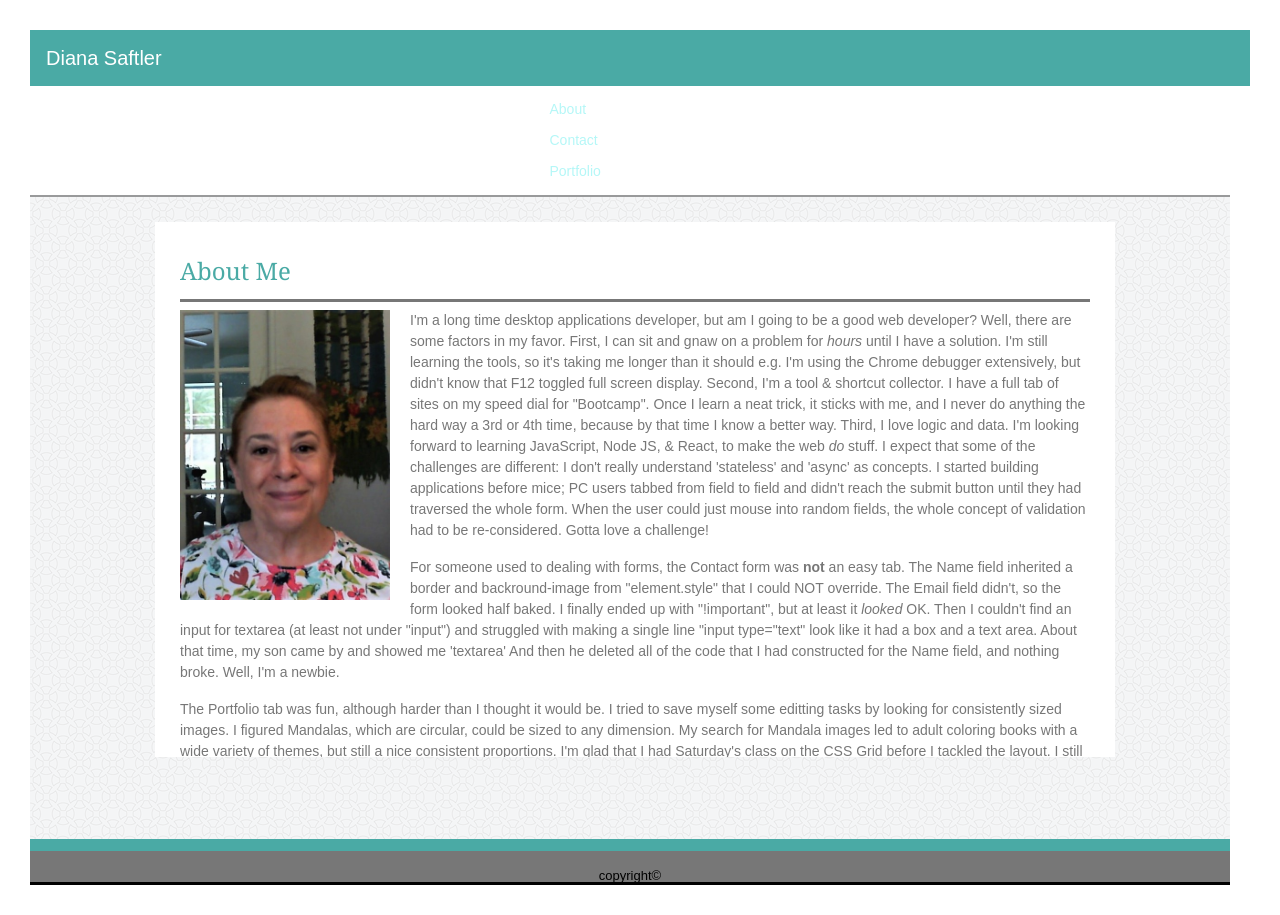
Repository: dsaftler/Bootstrap-Portfolio
Page: index.html
The author's editor kept a copy of each file at every save. The page is drawn from the files as they stood at one save, then again after the next save.
The browser window is 1280 px wide. The pictures show the whole page.
An inner scrolling area shows only its first screen.

Above is the page before, as saved 2019-03-20 18:07:36.

### index.html
<!DOCTYPE html>
<html lang="en">
<head>
    <title>Diana Saftler Portfolio</title>
    <meta name="viewport" content="width=device-width, initial-scale=1, shrink-to-fit=no">
    <link rel="stylesheet" href="https://maxcdn.bootstrapcdn.com/bootstrap/4.0.0/css/bootstrap.min.css" integrity="sha384-Gn5384xqQ1aoWXA+058RXPxPg6fy4IWvTNh0E263XmFcJlSAwiGgFAW/dAiS6JXm" crossorigin="anonymous">
    <link rel="stylesheet" href="assets/css/style.css">
    <link rel="icon" href="assets/images/Peony.jpg" type="image/jpg" sizes="16x16">
    <meta charset="UTD-8">
</head>
<body>

  <nav class="navbar navbar-expand-lg" style="background-color: #4aaaa5; color:rgb(181, 247, 247)">
    <a class="navbar-brand" style="color: white" href="#">Diana Saftler</a></nav>
    <div class="navbar navbar-nav mr-auto">
      <ul class="nav navbar-nav">
        <li><a style="color: rgb(181, 247, 247)" href="index.html">About</a></li>
        <li><a style="color: rgb(181, 247, 247)"  href="contact.html">Contact</a></li>
        <li><a style="color: rgb(181, 247, 247)"  href="portfolio.html">Portfolio</a></li>
      </ul>
    </div>




        <!-- <ul>
            <li><a href="index.html">About</a></li>
            <li><a href="contact.html">Contact</a></li>
            <li><a href="portfolio.html">Portfolio</a></li>
        </ul> -->

    <div class="bg-pattern">
        <div class="center-panel">
                <h2>About Me</h2>
            <img class="image_about" src="assets/images/photo.jpg" alt="in my office">
            <p>I'm a long time desktop applications developer, but am I going to be a good web developer?  Well, there are some factors in my favor.  First, I can sit and gnaw on a problem for <em>hours</em> until I have a solution.  I'm still learning the tools, so it's taking me longer than it should e.g. I'm using the Chrome debugger extensively, but didn't know that F12 toggled full screen display. Second, I'm a tool & shortcut collector.  I have a full tab of sites on my speed dial for "Bootcamp".  Once I learn a neat trick, it sticks with me, and I never do anything the hard way a 3rd or 4th time, because by that time I know a better way.  Third, I love logic and data.  I'm looking forward to learning JavaScript, Node JS, & React, to make the web <em>do</em> stuff.  I expect that some of the challenges are different: I don't really understand 'stateless' and 'async' as concepts.  I started building applications before mice;  PC users tabbed from field to field and didn't reach the submit button until they had traversed the whole form.  When the user could just mouse into random fields, the whole concept of validation had to be re-considered. Gotta love a challenge!
            </p>
            <p>For someone used to dealing with forms, the Contact form was <strong>not</strong> an easy tab. The Name field inherited a border and backround-image from "element.style" that I could NOT override. The Email field didn't, so the form looked half baked.  I finally ended up with "!important", but at least it <em>looked</em> OK.  Then I couldn't find an input for textarea (at least not under "input") and struggled with making a single line "input type="text" look like it had a box and a text area.  About that time, my son came by and showed me 'textarea'  And then he deleted all of the code that I had constructed for the Name field, and nothing broke. Well, I'm a newbie. </p>
            <p>The Portfolio tab was fun, although harder than I thought it would be.  I tried to save myself some editting tasks by looking for consistently sized images.  I figured Mandalas, which are circular, could be sized to any dimension.  My search for Mandala images led to adult coloring books with a wide variety of themes, but still a nice consistent proportions. I'm glad that I had Saturday's class on the CSS Grid before I tackled the layout.  I still had trouble getting the images to wrap left, but once I got that solved  with 2 images, it was easy to do them all without even needing rows.  I also added hover, 'tool tips', and links to the full sized images.  Print some out and spend some time with your crayolas!</p>


        </div>
    </div>
    <footer>copyright&copy</footer>
</body>
</html>

### Assets/CSS/style.css
* {
    box-sizing: border-box;
}

body {
    font-size: 14px;
    font-family: Arial, "Helvetica Neue", Helvetica, sans-serif;
    background-color: #ffffff;
    padding: 30px;
    color:  #777777;

}
header{
    left: 80px;
    background-color: #ffffff;
    height: 25px;
    width: 1200px;
}
footer {
    color: black;
    font-size: small;
    text-align: center;
    padding: 15px;
    clear: both;
    background-color: #777777;
    height: 40px;
    width: 1200px;
    border-style: solid;
    border-top-color: #4aaaa5;
    border-top-width: 6px;
    border-left-width: 0;
    border-right-width: 0;
}
p {
    padding: 0 0 10 0;
}

.bg-pattern {
    clear: both;
  /* margin-top: 40px; */
  padding: 50px;
  padding-top: 5px;
  /* background-color: #b1f3f3;  */
  height: 650px;
  width: 1200px;

  background-image: url("../images/circles-light.png");
  border-style: solid;
  border-top-color: #999a9b;
  border-top-width: 2px;
  border-left-width: 0;
  border-right-width: 0;
  border-bottom-color: #4aaaa5;
  border-bottom-width: 6px;

}

.center-panel {
    clear: both;
    display: inline-block;
    /* position: absolute; */
    top: 150px;
    right: 0;
    bottom: 0;
    left: 0;
    margin-left: 75px;
    margin-top: 20px;
    width: 960px;
    height: 535px;
    background-color: #ffffff;
    padding: 25px;
    overflow: auto;
    z-index: 1;

}

ul {
    list-style-type: none;
    margin: 0;
    padding: 0;
}

li a {
    display: block;
    width: 60 px;
}



ul {
    list-style-type: none;
    margin: 0;
    padding: 0;
    float: right;
    width: 175px;
}

li { display: inline-block; }

li a {
    color: #777777;
    text-decoration: none;
    padding: 5px;
}

li a:hover {
    background-color: #4aaaa5;
    color: white;

}
h1, h2 {font-family: Georgia, Times, "Times New Roman", serif;}
h1 {
    float: left;
    box-shadow: 10px 0px 0px 0px #4aaaa5, -10px 0px 0px 0px #4aaaa5;

    height: 65px;
    /* width: 200px; */

    top: 0;
    margin: 0;
    margin-left: 135px;

    background-color: #4aaaa5;
    color: white;
    font-size: 30px;
    text-align: center;
    padding: 10px 0;
    /* padding: 10px; */
}

h2 {
    font-size: 24px;
    margin-top: 10px;
    color: #4aaaa5;
    padding-bottom: 13px;
    border-bottom: 3px solid #777777;
}
h4 { margin: 3px}


.image_about {
    float: left;
    padding-right: 20px;
    padding-bottom: 20px;
    width: 230px;
    height: 310px;
}

input[type="text"] {
    width : 450px;
    margin: 0;
    padding: 2px;
    padding-left: 10px;
    -webkit-box-sizing: border-box; /* For legacy WebKit based browsers */
       -moz-box-sizing: border-box; /* For legacy (Firefox <29) Gecko based browsers */
            box-sizing: border-box;
}

.textbox {
    border:1px solid  #777777;
    padding: 10px;
    width: 650;
    height: 175px;
    font-size: 13.33px;
    font-family: Arial, Helvetica, sans-serif;
}
.submit {
    display: block;
    width: 60px;
    height: 29px;
    background-color: #4aaaa5;
    color: #ffffff;
    font-weight: bold;
}
.portfolio {
    max-width:100%;
    max-height: 100%
   }
.content {
    padding: 6px;
    float: left;
}

.row {
    margin: 0;
    height: 225px;
}
.row,
.row > .column {
    padding: 5 px;
}
.col {
   float:left;
    height: 225px;
     width: 25%;
     margin: 0;
}
.row:after {
    content: "";
    display: table;
    clear: both;
}
.gallery {
    border: 2px solid #4aaaa5;
    padding: 10px;
    height: 200px;
    width: 200px;
}
.gallery:hover {
    border-color: #06faee;
}
.box {
    height:150px;
    border: solid;
    border-width: 1px;

}
/* portfolio page */

.work {
    position: relative;
    float: left;
    width: 274px;
    margin: 20px 0 25px;
    overflow: auto;
  }

  .work:nth-child(even) {
    margin-right: 40px;
  }

  .work img {
    width: 100%;
    border: 0 none;
    opacity: 0.8;
  }

  .work h3 {
    position: absolute;
    bottom: 20px;
    width: 100%;
    padding: 15px;
    margin-bottom: 0;
    font-weight: 300;
    line-height: 30px;
    color: #ffffff;
    text-align: center;
    background: #4aaaa5;
    border-bottom: 0;
  }

  .auth-image {
    float: left;
    width: 200px;
    height: auto;
    margin-top: 10px;
    margin-right: 25px;
  }
  #masthead {
    position: fixed;
    z-index: 99;
    width: 100%;
    margin: 0 0 30px;
    overflow: auto;
    color: #ffffff;
    background: #ffffff;
    border-bottom: 2px solid #cccccc;
  }

  #logo {
    float: left;
    width: 250px;
    height: 90px;
    font-family: Georgia, Times, "Times New Roman", serif;
    font-size: 30px;
    font-weight: 700;
    line-height: 90px;
    color: #ffffff;
    text-align: center;
    text-decoration: none;
    background: #4aaaa5;
  }
  #main-container {
    padding-top: 130px;
    min-height: calc(100vh - 70px);
  }

  .main-section {
    float: left;
    width: 100%;
    max-width: 960px;
    padding: 30px;
    margin: 0 0 40px;
    background: #ffffff;
    border: 1px solid #dddddd;
  }

After the next save:
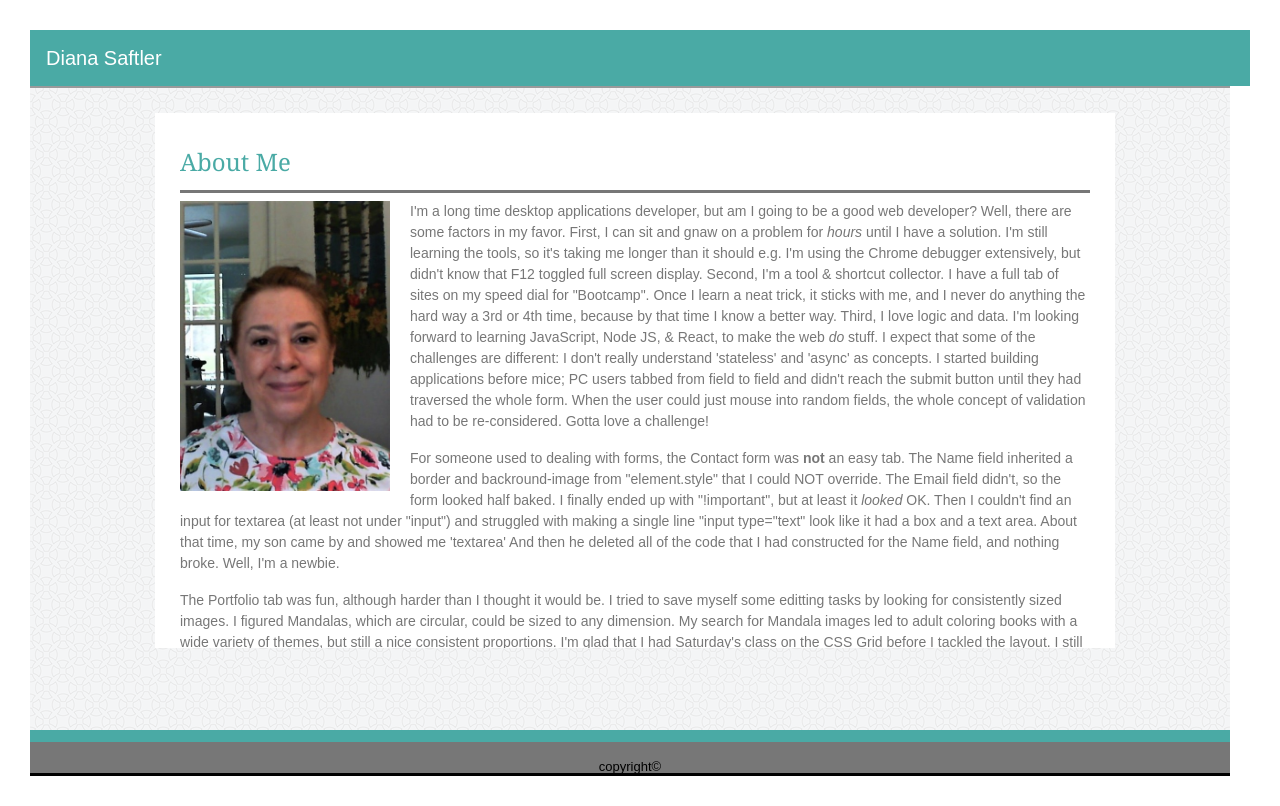
Saved 4 min 54 s later.
--- a/index.html
+++ b/index.html
@@ -12,11 +12,11 @@
 
   <nav class="navbar navbar-expand-lg" style="background-color: #4aaaa5; color:rgb(181, 247, 247)">
     <a class="navbar-brand" style="color: white" href="#">Diana Saftler</a></nav>
-    <div class="navbar navbar-nav mr-auto">
-      <ul class="nav navbar-nav">
-        <li><a style="color: rgb(181, 247, 247)" href="index.html">About</a></li>
-        <li><a style="color: rgb(181, 247, 247)"  href="contact.html">Contact</a></li>
-        <li><a style="color: rgb(181, 247, 247)"  href="portfolio.html">Portfolio</a></li>
+    <div class="collapse navbar-collapse" id="navbarNav">
+      <ul class="navbar-nav">
+        <li class="nav-item active"><a class="nav-link" style="color: rgb(181, 247, 247)" href="index.html">About</a></li>
+        <li class="nav-item"><a class="nav-link" style="color: rgb(181, 247, 247)"  href="contact.html">Contact</a></li>
+        <li class="nav-item"><a class="nav-link" style="color: rgb(181, 247, 247)"  href="portfolio.html">Portfolio</a></li>
       </ul>
     </div>
 
